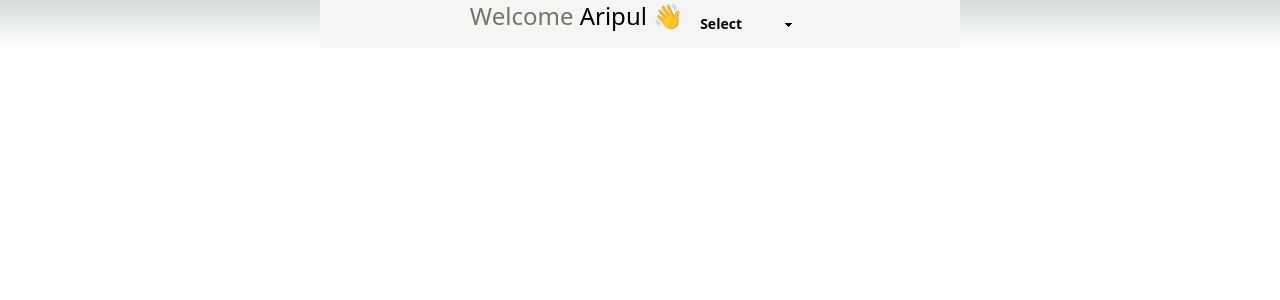
Repository: mehedi9465/nextapp
Page: /Dashboard
The author's editor kept a copy of each file at every save. The page is drawn from the files as they stood at one save, then again after the next save.
The browser window is 1280 px wide. The pictures show the whole page.
The project was rebuilt for these pictures with package versions that can differ from the ones it lists, and the page was loaded fresh each time. The framework's server and built-in components were replaced by stand-ins that run in the browser. Also part of the build but not shown: next.config.js, Components/Navbar.js.

Above is the page before, as saved 2023-03-04 15:02:58.

After the next save:
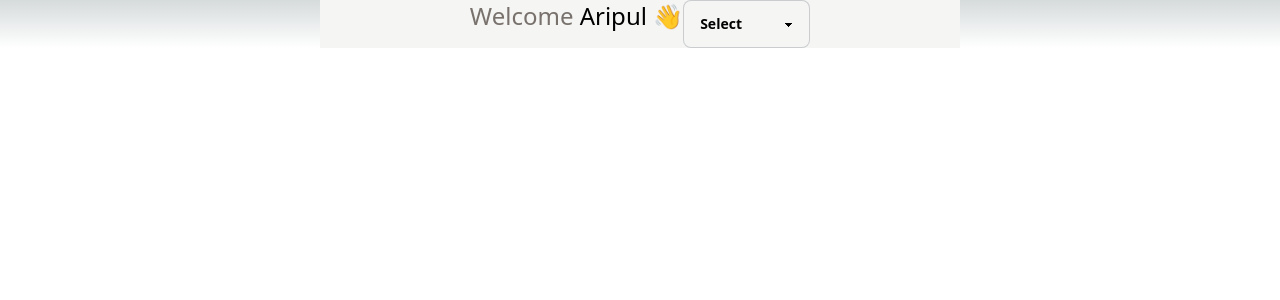
Saved 4 s later.
--- a/pages/Dashboard/index.js
+++ b/pages/Dashboard/index.js
@@ -12,7 +12,7 @@ const index = () => {
           <p className="text-2xl">
             <span className="text-stone-500">Welcome</span> Aripul 👋
           </p>
-          <select className="select select-bordered max-w-xs bg-stone-100 border border-stone-100 outline-stone-100 outline outline-offset-1 outline-1">
+          <select className="select select-bordered max-w-xs bg-stone-100  outline-stone-100 outline outline-offset-1 outline-1">
             <option disabled selected>
               Select
             </option>
